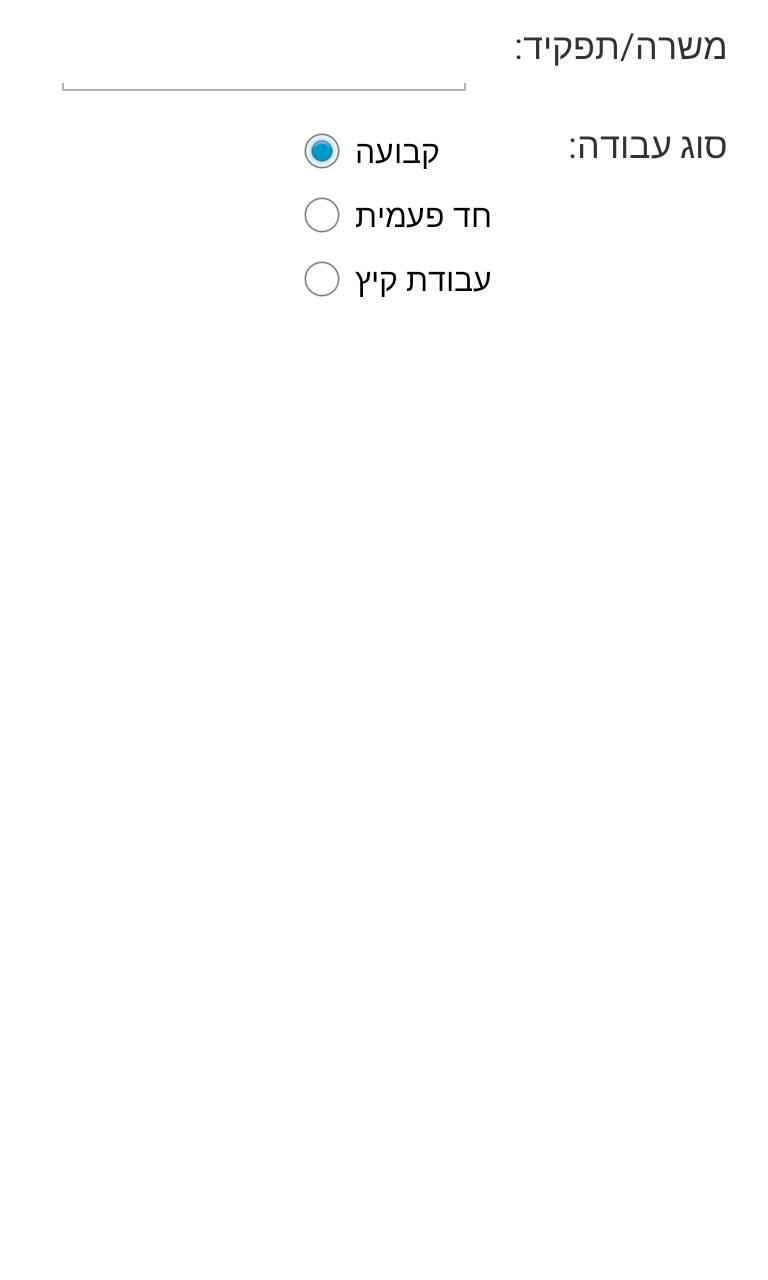
Repository: rodi055/jobli
Layout: Jobli/res/layout/fragment_create_job.xml
The author's editor kept a copy of each file at every save. The layout is drawn from the files as they stood at one save, then again after the next save.
It is drawn on a 768 x 1280 px phone screen (xhdpi) without system bars, with theme AppTheme; the app's code is not run. The app's manifest (not shown) leaves right-to-left support off. So textAlignment, textDirection and layoutDirection are ignored, and left and right values win over start and end ones.

Above is the layout before, as saved 2015-01-02 15:05:47.

### Jobli/res/layout/fragment_create_job.xml
<?xml version="1.0" encoding="utf-8"?>
<LinearLayout xmlns:android="http://schemas.android.com/apk/res/android"
    android:layout_width="match_parent"
    android:layout_height="match_parent"
    android:orientation="vertical" >

    <ScrollView
        android:layout_width="match_parent"
        android:layout_height="wrap_content" >

        <LinearLayout
            android:layout_width="match_parent"
            android:layout_height="match_parent"
            android:orientation="vertical" >

            <RelativeLayout
                android:layout_width="wrap_content"
                android:layout_height="wrap_content"
                android:layout_marginTop="10dp" >

                <TextView
                    android:id="@+id/textView1"
                    android:layout_width="wrap_content"
                    android:layout_height="wrap_content"
                    android:layout_alignParentRight="true"
                    android:layout_alignParentTop="true"
                    android:layout_marginEnd="20dp"
                    android:layout_marginRight="20dp"
                    android:text="משרה/תפקיד:"
                    android:textSize="18sp" />

                <EditText
                    android:id="@+id/editText1"
                    android:layout_width="wrap_content"
                    android:layout_height="wrap_content"
                    android:layout_alignTop="@+id/textView1"
                    android:layout_marginEnd="20dp"
                    android:layout_marginRight="20dp"
                    android:layout_toLeftOf="@+id/textView1"
                    android:ems="10" />
            </RelativeLayout>

            <RelativeLayout
                android:layout_width="wrap_content"
                android:layout_height="wrap_content"
                android:layout_marginTop="10dp" >

                <TextView
                    android:id="@+id/textView2"
                    android:layout_width="wrap_content"
                    android:layout_height="wrap_content"
                    android:layout_alignParentRight="true"
                    android:layout_alignParentTop="true"
                    android:layout_marginEnd="20dp"
                    android:layout_marginRight="20dp"
                    android:text="סוג עבודה:"
                    android:textSize="18sp" />

                <RadioGroup
                    android:id="@+id/radioGroup1"
                    android:layout_width="wrap_content"
                    android:layout_height="wrap_content"
                    android:layout_alignParentTop="true"
                    android:layout_marginRight="38dp"
                    android:layout_toLeftOf="@+id/textView2" >

                    <RadioButton
                        android:id="@+id/radio0"
                        android:layout_width="wrap_content"
                        android:layout_height="wrap_content"
                        android:checked="true"
                        android:text="קבועה" />

                    <RadioButton
                        android:id="@+id/radio1"
                        android:layout_width="wrap_content"
                        android:layout_height="wrap_content"
                        android:text="חד פעמית" />

                    <RadioButton
                        android:id="@+id/radio2"
                        android:layout_width="wrap_content"
                        android:layout_height="wrap_content"
                        android:text="עבודת קיץ" />
                </RadioGroup>

            </RelativeLayout>
        </LinearLayout>
    </ScrollView>

</LinearLayout>

Loaded but not shown: Jobli/res/values/styles.xml (common file); Jobli/res/values-v11/styles.xml (common file); Jobli/res/values-v14/styles.xml (common file)

After the next save:
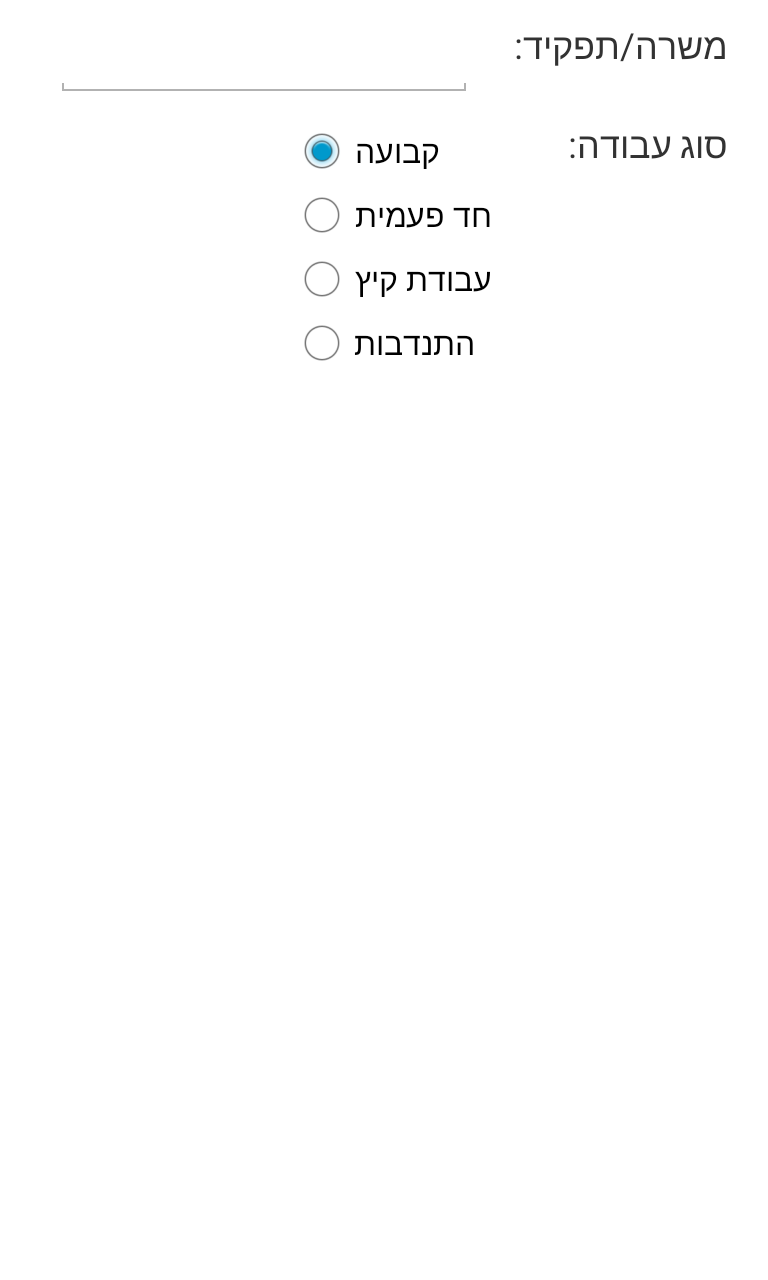
Saved 37 s later.
--- a/Jobli/res/layout/fragment_create_job.xml
+++ b/Jobli/res/layout/fragment_create_job.xml
@@ -82,6 +82,12 @@
                         android:layout_width="wrap_content"
                         android:layout_height="wrap_content"
                         android:text="עבודת קיץ" />
+
+                     <RadioButton
+                        android:id="@+id/radio3"
+                        android:layout_width="wrap_content"
+                        android:layout_height="wrap_content"
+                        android:text="התנדבות" />
                 </RadioGroup>
 
             </RelativeLayout>
